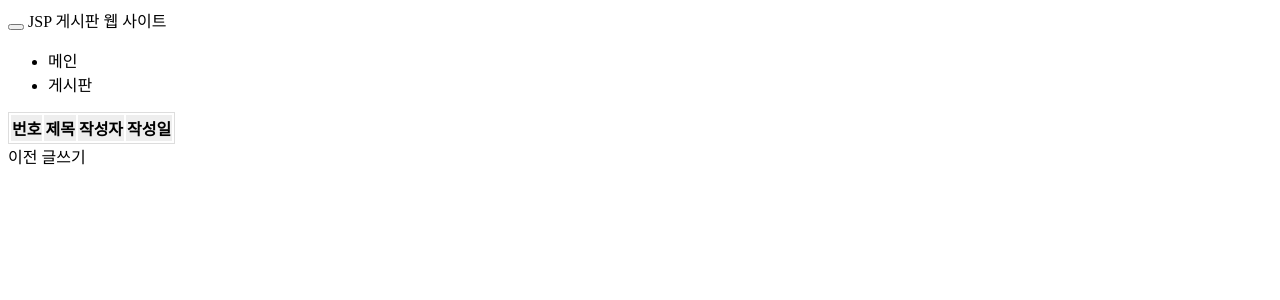
Repository: hz6450/2024-summer-jsp-notice-project
Page: http://localhost/BBS/BBS.jsp?pageNumber=0
An editor plug-in stored every save of this project. The page is shown before and after the next save, followed by the edit.
The browser window is 1280 px wide. The pictures show the whole page.
Some web fonts or font styles are not loaded; a fallback is used. Some web libraries are served in a nearby version. The page is served by Tomcat 10. Other server files are loaded and not shown. Queries for data that is not in the repository find no rows.

Above is the page before, as saved 2024-07-12 07:47:25.

### projects/BBS/src/main/webapp/BBS.jsp
<%@ page language="java" contentType="text/html; charset=UTF-8"
	pageEncoding="UTF-8"%>
<%@ page import="java.io.PrintWriter"%>
<%@ page import="bbs.BbsDAO"%>
<%@ page import="bbs.Bbs"%>
<%@ page import="java.util.ArrayList"%>
<!DOCTYPE html>
<html>

<head>
<meta charset="UTF-8">
<meta name="viewport" content="width=device-width" initial-scale="1">

<link rel="stylesheet" href="css/custom.css">
<title>jsp 게시판 웹 사이트</title>
<style type="text/css">
	a, a:hover{
	color:#000000;
	text-decoration: none;
	}
</style>
</head>

<body>
	<%
	String userID = null;
	if (session.getAttribute("userID") != null) {
		userID = (String) session.getAttribute("userID");

	}
	int pageNumber = 1;
	if (request.getParameter("pageNumber") != null) {
		pageNumber = Integer.parseInt(request.getParameter("pageNumber"));
	}
	%>
	<nav class="navbar navbar-default">
		<div class="navbar-header">
			<button type="button" class="navbar-toggle" data-toggle="collapse"
				data-target="#bs-example-navbar-collapse-1" aria-expanded="false">
				<span class="icon-bar"></span> <span class="icon-bar"></span> <span
					class="icon-bar"></span>
			</button>
			<a class="navbar-brand" href="main.jsp">JSP 게시판 웹 사이트</a>
		</div>
		<div class="collapse navbar-collapse"
			id="bs-example-navbar-collapse-1">
			<ul class="nav navbar-nav">
				<li><a href="main.jsp">메인</a></li>
				<li class="active"><a href="BBS.jsp">게시판</a></li>
			</ul>
		</nav>
			<div class="container">
				<div class="row">
					<table class="table table-striped"
						style="text-align: center; border: 1px solid #dddddd;">
						<thead>
							<tr>
								<th style="background-color: #eeeeee; text-align: center;">번호</th>
								<th style="background-color: #eeeeee; text-align: center;">제목</th>
								<th style="background-color: #eeeeee; text-align: center;">작성자</th>
								<th style="background-color: #eeeeee; text-align: center;">작성일</th>
							</tr>
						</thead>
						<tbody>
							<%
							BbsDAO bbsDAO = new BbsDAO();
							ArrayList<Bbs> list = bbsDAO.getList(pageNumber);
							for (int i = 0; i < list.size(); i++) {
							%>
							<tr>
								<td><%= list.get(i).getBbsId() %></td>
								<td><a href="view.jsp?bbsID=<%=list.get(i).getBbsId()%>">
										<%= list.get(i).getBbsTitle() %></a></td>
								<td><%= list.get(i).getUserID() %></td>
								<td><%= list.get(i).getBbsDate().substring(0, 11) + list.get(i).getBbsDate().substring(11, 13) + "시" + list.get(i).getBbsDate().substring(14, 16) + "분" %></td>
							</tr>
						</tbody>
						<%
						}
						%>

					</table>
					<%
						if(pageNumber != 1){
							%>
					<a href="BBS.jsp?pageNumber=<%=pageNumber -1 %>" class="btn btn-success btn-arrow-left">이전</a>

					<%
						}if(bbsDAO.nextPage(pageNumber + 1)){
							%>
					<a href="BBS.jsp?pageNumber=<%=pageNumber +1 %>" class="btn btn-success btn-arrow-left">다음</a>
					<%
						}
					%>
					<a href="write.jsp" class="btn btn-primary pull-right">글쓰기</a>
				</div>
			</div>

		</div>



	<script src="https://code.jquery.com/jquery-3.1.1.min.js"></script>
	<script src="js/bootstrap.js"></script>

</body>

</html>

### projects/BBS/src/main/java/bbs/BbsDAO.java
package bbs;

import java.sql.Connection;
import java.sql.DriverManager;
import java.sql.PreparedStatement;
import java.sql.ResultSet;
import java.util.ArrayList;

public class BbsDAO {

	private Connection conn;
	private ResultSet rs;

	public BbsDAO() {
		try {
			String dbURL = "jdbc:mysql://localhost:3306/BBS";
			String dbID = "root";
			String dbPassword = "6450";
			Class.forName("com.mysql.jdbc.Driver");
			conn = DriverManager.getConnection(dbURL, dbID, dbPassword);
		} catch (Exception e) {
			e.printStackTrace();
		}
	}

	public String getDate() {
		String SQL = "SELECT NOW()";
		try {
			PreparedStatement pstmt = conn.prepareStatement(SQL);
			rs = pstmt.executeQuery();
			if (rs.next()) {
				return rs.getString(1);
			}
		} catch (Exception e) {
			e.printStackTrace();
		}
		return "";
	}

	public int getNext() {
		String SQL = "SELECT bbsID FROM BBS ORDER BY bbsID DESC";
		try {
			PreparedStatement pstmt = conn.prepareStatement(SQL);
			rs = pstmt.executeQuery();
			if (rs.next()) {
				return rs.getInt(1) + 1;
			}
		} catch (Exception e) {
			e.printStackTrace();
		}
		return 1;
	}

	public int write(String bbsTitle, String userID, String bbsContent) {
		String SQL = "INSERT INTO BBS VALUE(?,?,?,?,?,?)";
		try {
			PreparedStatement pstmt = conn.prepareStatement(SQL);

			pstmt.setInt(1, getNext());
			pstmt.setString(2, bbsTitle);
			pstmt.setString(3, userID);
			pstmt.setString(4, getDate());
			pstmt.setString(5, bbsContent);
			pstmt.setInt(6, 1);

			return pstmt.executeUpdate();
		} catch (Exception e) {
			e.printStackTrace();
		}
		return -1;
	}

	public ArrayList<Bbs> getList(int pageNumber) {
		String SQL = "SELECT * From BBS WHERE bbsID < ? AND bbsAvailable = 1 ORDER BY bbsID DESC LIMIT 10";
		ArrayList<Bbs> list = new ArrayList<Bbs>();
		try {
			PreparedStatement pstmt = conn.prepareStatement(SQL);
			pstmt.setInt(1, getNext() - (pageNumber - 1) * 10);
			rs = pstmt.executeQuery();
			while (rs.next()) {
				Bbs bbs = new Bbs();
				bbs.setBbsId(rs.getInt(1));
				bbs.setBbsTitle(rs.getString(2));
				bbs.setUserID(rs.getString(3));
				bbs.setBbsDate(rs.getString(4));
				bbs.setBbsContent(rs.getString(5));
				bbs.setBbsAvailable(rs.getInt(6));
				list.add(bbs);
			}
		} catch (Exception e) {
			e.printStackTrace();
		}
		return list;
	}

	public boolean nextPage(int pageNumber) {
		String SQL = "SELECT * From BBS WHERE bbsID < ? AND bbsAvailable = 1 ORDER BY bbsID DESC LIMIT 10";
		try {
			PreparedStatement pstmt = conn.prepareStatement(SQL);
			pstmt.setInt(1, getNext() - (pageNumber - 1) * 10);
			rs = pstmt.executeQuery();
			if (rs.next()) {
				return true;
			}
		} catch (Exception e) {
			e.printStackTrace();
		}
		return false;
	}

	public Bbs getBbs(int bbsID) {
		String SQL = "SELECT * FROM BBS WHERE bbsID = ?";
		try {
			PreparedStatement pstmt = conn.prepareStatement(SQL);
			pstmt.setInt(1, bbsID);
			rs = pstmt.executeQuery();
			if (rs.next()) {
				Bbs bbs = new Bbs();
				bbs.setBbsId(rs.getInt(1));
				bbs.setBbsTitle(rs.getString(2));
				bbs.setUserID(rs.getString(3));
				bbs.setBbsDate(rs.getString(4));
				bbs.setBbsContent(rs.getString(5));
				bbs.setBbsAvailable(rs.getInt(6));
				return bbs;
			}
		} catch (Exception e) {
			e.printStackTrace();
		}
		return null;
	}

	public int update(int bbsID, String bbsTitle, String bbsContent) {
		String SQL = "UPDATE BBS SET bbsTitle = ?, bbsContent= ? WHERE bbsID = ?";
		try {
			PreparedStatement pstmt = conn.prepareStatement(SQL);

			pstmt.setString(1, bbsTitle);
			pstmt.setString(2, bbsContent);
			pstmt.setInt(3, bbsID);

			return pstmt.executeUpdate();
		} catch (Exception e) {
			e.printStackTrace();
		}
		return -1;
	}

	public int delete(int bbsID) {
		String SQL = "UPDATE BBS SET bbsAvailable=0 WHERE bbsID = ?";
		try {
			PreparedStatement pstmt = conn.prepareStatement(SQL);
			pstmt.setInt(1, bbsID);

			return pstmt.executeUpdate();
		} catch (Exception e) {
			e.printStackTrace();
		}
		return -1;
	}
}

### projects/BBS/src/main/webapp/css/custom.css
@import url(http://fonts.googleapis.com/earlyaccess/nanumgothic.css);
@import url(http://fonts.googleapis.com/earlyaccess/hanna.css);
* {
	font-family : "Nanum Gothic";
}
h1 {
	font-family : "Hanna";
}
.table-head {
	background-color: skyblue;
	border: red 2px solid;
}

Loaded but not shown: projects/BBS/src/main/webapp/js/bootstrap.js (library); projects/BBS/src/main/webapp/css/bootstrap.css (library)

After the next save:
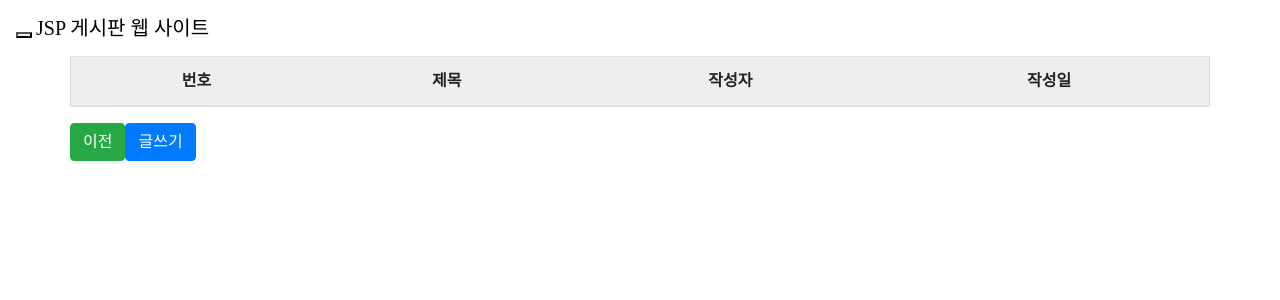
Saved 7 s later.
--- a/projects/BBS/src/main/webapp/BBS.jsp
+++ b/projects/BBS/src/main/webapp/BBS.jsp
@@ -10,7 +10,7 @@
 <head>
 <meta charset="UTF-8">
 <meta name="viewport" content="width=device-width" initial-scale="1">
-
+<link rel="stylesheet" href="css/bootstrap.css">
 <link rel="stylesheet" href="css/custom.css">
 <title>jsp 게시판 웹 사이트</title>
 <style type="text/css">

After the save that followed:
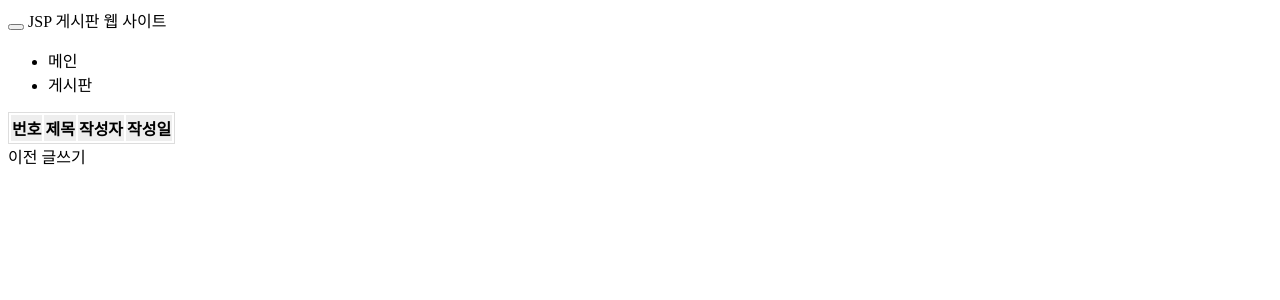
Saved 15 s later.
--- a/projects/BBS/src/main/webapp/BBS.jsp
+++ b/projects/BBS/src/main/webapp/BBS.jsp
@@ -10,7 +10,7 @@
 <head>
 <meta charset="UTF-8">
 <meta name="viewport" content="width=device-width" initial-scale="1">
-<link rel="stylesheet" href="css/bootstrap.css">
+
 <link rel="stylesheet" href="css/custom.css">
 <title>jsp 게시판 웹 사이트</title>
 <style type="text/css">
